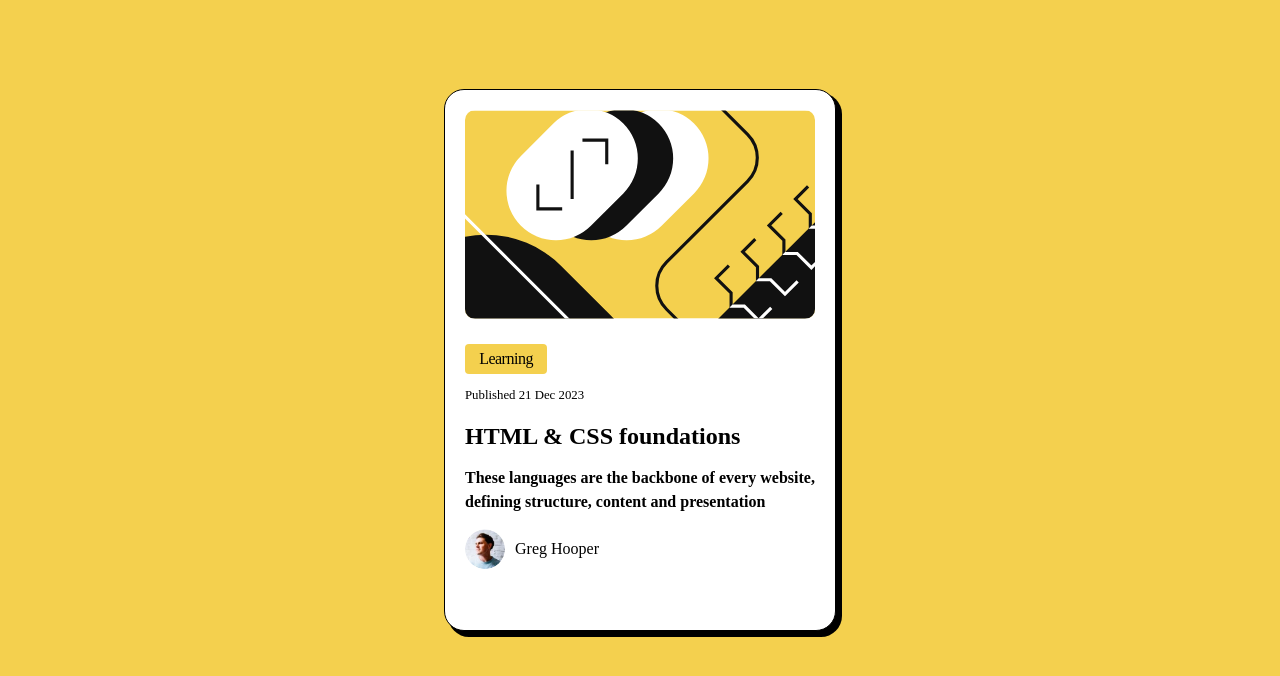
Repository: brandontaylor1/blogpreviewcard
Page: index.html
These files come from the project's save history. The page is drawn as it stood at one moment and after the next save; the edit follows.
The browser window is 1280 px wide. The pictures show the whole page.

Above is the page before, as saved 2024-12-25 12:08:52.

### index.html
<!DOCTYPE html>
<html lang="en">
<head>
    <meta charset="UTF-8">
    <meta name="viewport" content="width=device-width, initial-scale=1.0">
    <link rel="stylesheet" href="./index.css">
    <title>HTML & CSS Foundations</title>
</head>
<body>
    <main class="container">
        <div class="img-container">
            <img src="./images/illustration-article.svg" class="heading-img" alt="">
        </div>
        <div class="card-content">
            <p id="learning-tag">Learning</p>
            <div class="card-content-text">
                <p>Published 21 Dec 2023</p>
                <h2>HTML & CSS foundations</h2>
                <h3>These languages are the backbone of every website, defining structure, content and presentation</h3>
            </div>
        </div>
        <div class="user-footer">
            <img src="./images/image-avatar.webp" alt="person-image">
            <p>Greg Hooper</p>
        </div>
    </main>

    <script src="index.js"></script>
</body>
</html>

### index.css
:root {
    /* COLORS */
    --primary-yellow: hsl(47, 88%, 63%);
    --primary-white: hsl(0, 0%, 100%);
    --primary-gray-reg: hsl(0, 0%, 42%);
    --primary-gray-bold: hsl(0, 0%, 7%);

    --main-font-size: 16px;

    --main-font-url: url('../fonts/Figtree-SemiBold.ttf');
    --main-font-bold-url: url('./fonts/Figtree-ExtraBold.ttf');
    --main-font-weight-reg: 500;
    --main-font-weight-bold: 800;
}

/* @font-face {
    font-family: 'Figtree-SemiBold';
    src: var(--main-font-url);
    font-weight: var(--main-font-weight-reg);
}

@font-face {
    font-family: 'Figtree-ExtraBold';
    src: var(--main-font-bold-url);
    font-weight: var(--main-font-weight-bold);
} */


body {
    box-sizing: border-box;
    margin: 0;
    padding: 0;
    height: 100vh;
    display: flex;
    align-items: center;
    justify-content: center;
    background-color: var(--primary-yellow);
}

.container {
    width: 350px;
    height: 500px;
    margin: 0 auto;
    padding: 0 20px;
    background-color: var(--primary-white);
    width: 350px;
    padding: 20px;
    border-radius: 20px;
    border: 1px solid black;
    box-shadow: 5px 5px 0 1px rgba(0, 0, 0, 1);
    transition: all 0.3s ease;
}

.container:hover {
    box-shadow: 0 0 0 0 rgba(0, 0, 0, 0.5);
    height: 495px;
    width: 345px;
}

.heading-img {
    width: 100%;
    margin-bottom: 5px;
    border-radius: 10px;
}

.card-content {
    width: 100%;
    display: flex;
    flex-direction: column;
    align-items: left;
    justify-content: space-between;
}

#learning-tag {
    background-color: var(--primary-yellow);
    padding: 6px 1px;
    border-radius: 4px;
    font-family: var(--main-font-bold-url)
    font-size: .8rem;
    width: 80px;
    text-align: center;
    letter-spacing: -.5px;

}

.card-content-text {
    margin-top: -15px;
    font-size: .8rem;
    font-family: var(--main-font-family);
}

.card-content-text h2 {
    font-size: 1.5rem;
    font-weight: var(--main-font-weight-bold);
    margin-bottom: 10px;
    transition: color 0.3s ease;
}

.card-content-text h2:hover {
    color: var(--primary-yellow)

}

.card-content-text h3 {
    font-size: 1rem;
    line-height: 1.5;
    margin-bottom: 10px;
}

.user-footer {
    display: flex;
    align-items: center;

}

.user-footer img {
    width: 40px;
    height: 40px;
    border-radius: 50%;
    margin-right: 10px;
}

Loaded but not shown: index.js (no stored copy; drawn as an empty file)

After the next save:
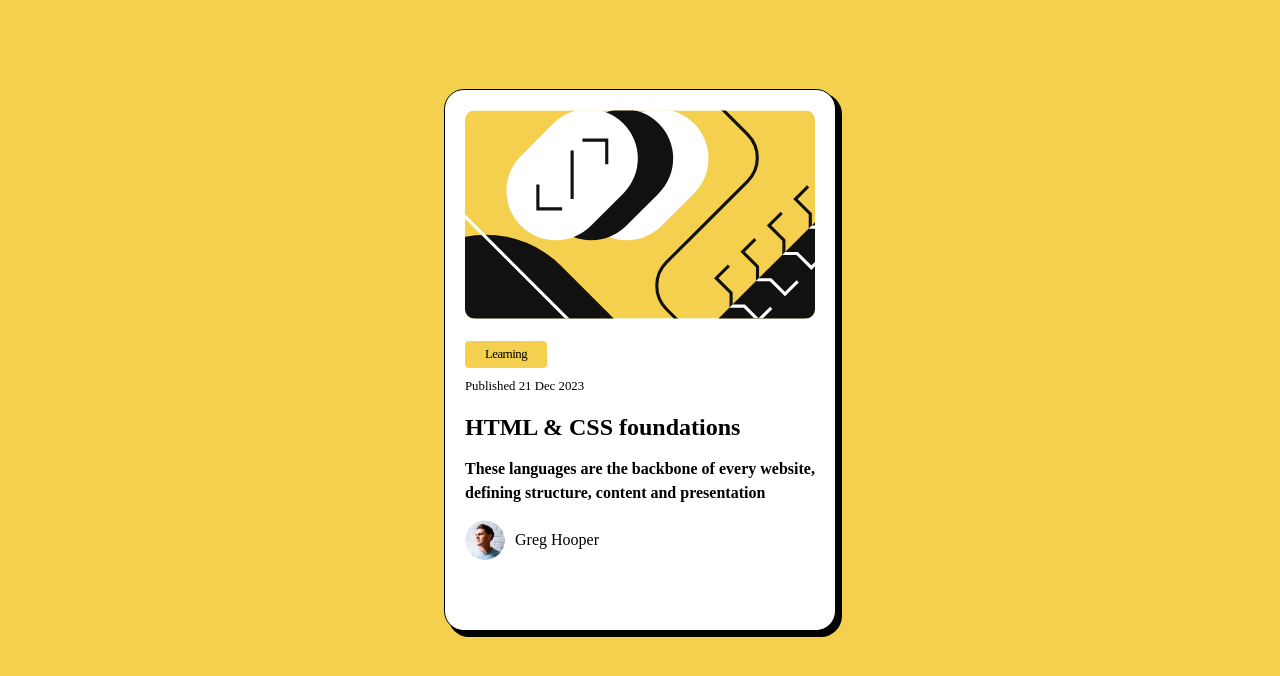
Saved 9 s later.
--- a/index.css
+++ b/index.css
@@ -75,7 +75,7 @@ body {
     background-color: var(--primary-yellow);
     padding: 6px 1px;
     border-radius: 4px;
-    font-family: var(--main-font-bold-url)
+    font-family: var(--main-font-bold-url);
     font-size: .8rem;
     width: 80px;
     text-align: center;
